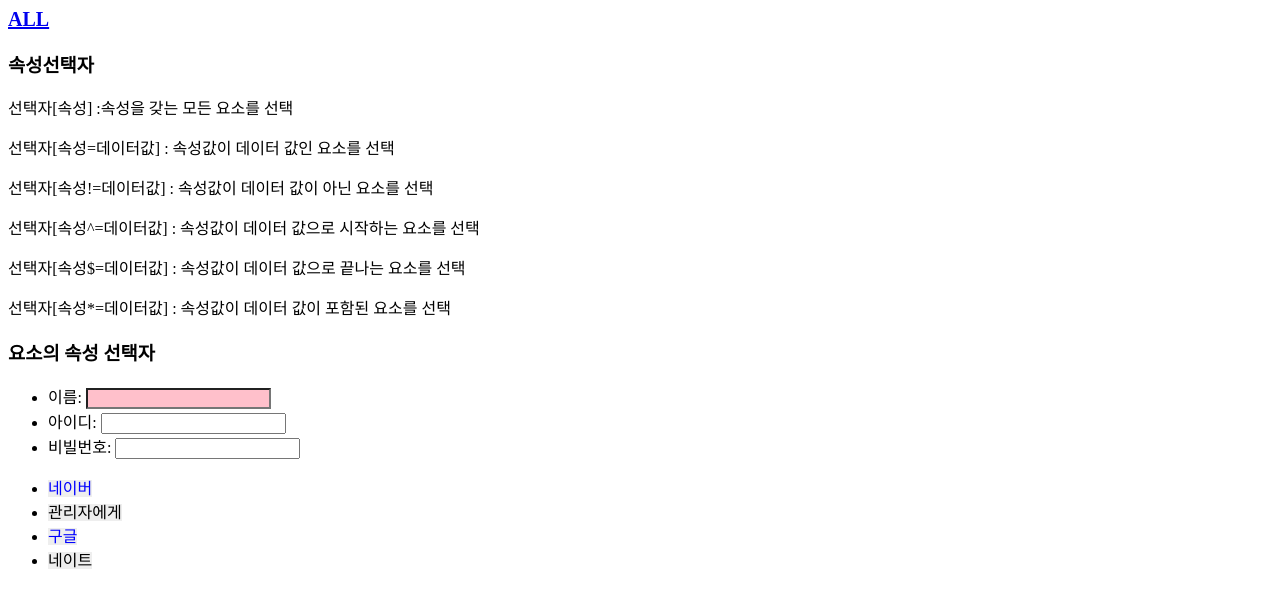
Repository: itkezi/HTML_2022_505
Page: Web/WebContent/selector/property.html
The author's editor kept a copy of each file at every save. The page is drawn from the files as they stood at one save, then again after the next save.
The browser window is 1280 px wide. The pictures show the whole page.

Above is the page before, as saved 2022-03-30 08:29:44.

### Web/WebContent/selector/property.html
<!DOCTYPE html>
<html>
<head>
<meta charset="UTF-8">
<title>특수 선택자</title>
<style>
a[herf] {
	background-color: #eee;
}

a[title= 이동] {
	color: blue;
}
/* a[title! =이동] {color:red;} */
a[href ^= http]{
	font-weight: bold;
	font-size: 20px;
}

a[href $= com]{
	text-decoration:overline;
}
input[name *= user] {
color: red;
}
input[name ~= user] {background-color: pink;}
</style>

</head>
<body>

	<a href="http://localhost:8080/Web/HTML/ALL.html" target='_blank'>
		ALL</a>
	<br>

	<h3>속성선택자</h3>
	<p>선택자[속성] :속성을 갖는 모든 요소를 선택</p>
	<p>선택자[속성=데이터값] : 속성값이 데이터 값인 요소를 선택</p>
	<p>선택자[속성!=데이터값] : 속성값이 데이터 값이 아닌 요소를 선택</p>
	<p>선택자[속성^=데이터값] : 속성값이 데이터 값으로 시작하는 요소를 선택</p>
	<p>선택자[속성$=데이터값] : 속성값이 데이터 값으로 끝나는 요소를 선택</p>
	<p>선택자[속성*=데이터값] : 속성값이 데이터 값이 포함된 요소를 선택</p>

	<div>
		<h3>요소의 속성 선택자</h3>

		<ul>
			<li>이름: <input type='text' name='user name'></li>
			<li>아이디: <input type='text' name='ID'></li>
			<li>비빌번호: <input type='password' name='user-pw'></li>
		</ul>

		<ul>
			<li><a title='이동' herf='https://www.naver.com/'>네이버</a></li>
			<li><a title='메일' herf='mailto:itkezi@naver.com'>관리자에게</a></li>
			<li><a title='이동' herf='https://www.naver.com/'>구글</a></li>
			<!-- 			<li><a title='이동' herf='https://www.naver.com/'>다음</a></li> -->
			<li><a herf='https://www.naver.com/'>네이트</a></li>
		</ul>

	</div>







</body>
</html>

After the next save:
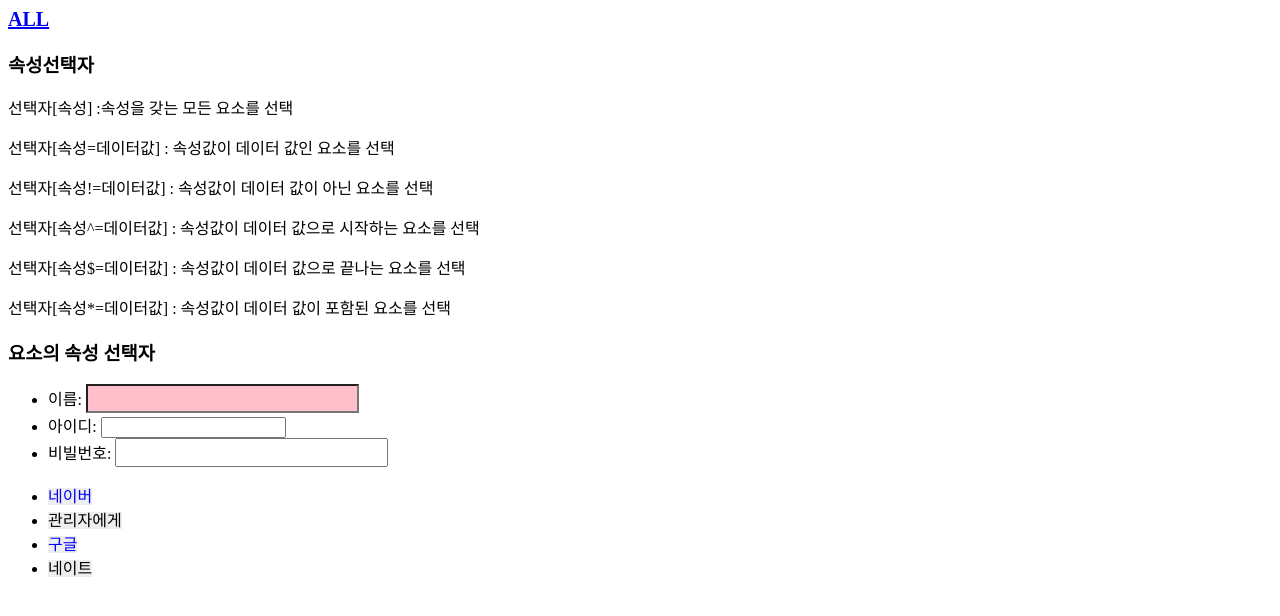
Saved 39 s later.
--- a/Web/WebContent/selector/property.html
+++ b/Web/WebContent/selector/property.html
@@ -21,7 +21,7 @@ a[href $= com]{
 	text-decoration:overline;
 }
 input[name *= user] {
-color: red;
+font-size: 20px;
 }
 input[name ~= user] {background-color: pink;}
 </style>
